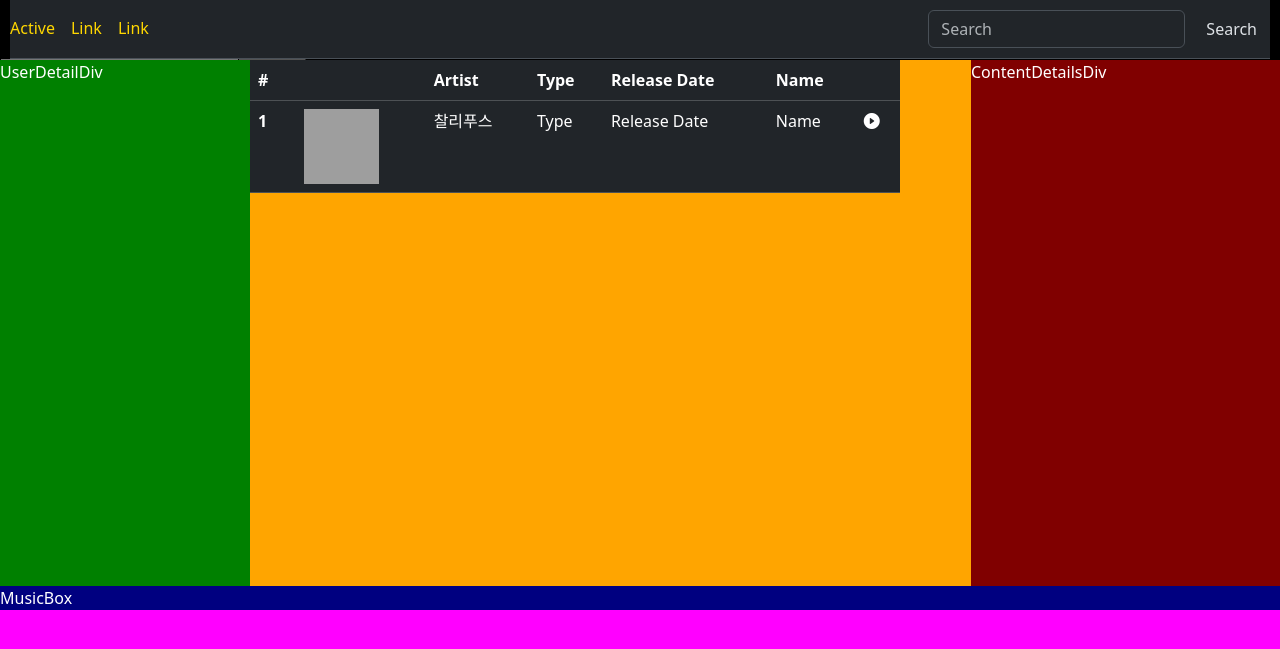
Repository: budflower44/My_Music_Life
Page: http://localhost/my_music_life/WEB-INF/views/mml/main.jsp
An editor plug-in stored every save of this project. The page is shown before and after the next save, followed by the edit.
The browser window is 1280 px wide. The pictures show the whole page.
Pictures or frames that could not be fetched are drawn as grey boxes. The page is served by Tomcat 9. Nobody is signed in. Other server files are loaded and not shown. The template is opened directly, without the code that normally fills it, so the values that code supplies are empty.

Above is the page before, as saved 2024-02-15 05:27:08.
Console error: TypeError: Cannot read properties of null (reading 'addEventListener')

### my_music_life/src/main/webapp/WEB-INF/views/mml/main.jsp
<%@ page language="java" contentType="text/html; charset=UTF-8"
    pageEncoding="UTF-8"%>
<!DOCTYPE html>
<html>
<head>
<meta charset="UTF-8">
<title>Insert title here</title>
</head>
<link rel="stylesheet" href="https://cdn.jsdelivr.net/npm/bootstrap-icons@1.10.5/font/bootstrap-icons.css">
<link href="https://cdn.jsdelivr.net/npm/bootstrap@5.3.1/dist/css/bootstrap.min.css" rel="stylesheet" integrity="sha384-4bw+/aepP/YC94hEpVNVgiZdgIC5+VKNBQNGCHeKRQN+PtmoHDEXuppvnDJzQIu9" crossorigin="anonymous">
<script src="https://cdn.jsdelivr.net/npm/@popperjs/core@2.11.8/dist/umd/popper.min.js" integrity="sha384-I7E8VVD/ismYTF4hNIPjVp/Zjvgyol6VFvRkX/vR+Vc4jQkC+hVqc2pM8ODewa9r" crossorigin="anonymous"></script>
<script src="https://cdn.jsdelivr.net/npm/bootstrap@5.3.1/dist/js/bootstrap.min.js" integrity="sha384-Rx+T1VzGupg4BHQYs2gCW9It+akI2MM/mndMCy36UVfodzcJcF0GGLxZIzObiEfa" crossorigin="anonymous"></script>
<style>
body{
	background-color : black;
	color: white;
	padding: 0;
	margin: 0;
}
.parentsDiv{
	height: 100vh;
	width: 100vw;
	display: flex;
	flex-direction: column;
}
.HeaderDiv{
	height: 60px;
}
.MidDiv{
	height: calc(100vh - 214px);
	min-height: calc(100vh - 194px);
	display:flex;
}
.FooterDiv{
	background-color: fuchsia;
	height: 154px;
	padding: 0;
	margin: 0;
	position:sticky;
	top: calc(100vh - 214px);
}
.SearchLineDiv{

}
.UserDetailDiv{
	background-color: green;
	width: 250px;
	min-width: 250px;
}
.ContentsDiv{
	background-color: orange;
	width: 100%;
	height:calc(100vw-550px);
	display: flex;
	justify-content: space-between;
	overflow: scroll;
}
.ContentDiv{
	background-color: lime;
	width: 70%;
	height: calc(100vw-550px);
	overflow: scroll;
	align-items: flex-start;
}
.ContentDetailsDiv{
	background-color: maroon;
	width: 30%;
	min-width: 300px;
	height: 100%
}
.MusicBox{
	background-color: navy;
	padding: 0;
	margin: 0;

}
.searchDiv{
	background-color: black;
	width: 650px;
	height: 75px;
}
.searchDiv img{
	margin-left: 10px;
}
.searchDiv span{
	text-align: center;
}
.playIcon {
	display: inline;
}

.navDiv{
	position:sticky;
	padding-left: 10px;
	padding-right: 10px;
}
.nav-link{
	color: gold;
}
.nav-link:hover {
	color: white;
}
.navbar{
	background-color: black;
}
</style>
<body>
<div class="parentsDiv">
	<div class="HeaderDiv">
		<div class="SearchLineDiv">
				<div class="navDiv">
					<nav class="navbar bg-dark border-bottom border-body" data-bs-theme="dark">
						<ul class="nav nav-underline justify-content-end">
							<li class="nav-item"><a class="nav-link" aria-current="page" href="#">Active</a></li>
							<li class="nav-item"><a class="nav-link" href="#">Link</a></li>
							<li class="nav-item"><a class="nav-link" href="#">Link</a></li>
						</ul>
						<form class="d-flex" role="search">
        					<input class="form-control me-2 " id="searchKeyword" type="search" placeholder="Search" aria-label="Search">
        					<button class="btn" type="button" id="searchBtn">Search</button>
      					</form>
					</nav>
				</div>
				<input type="text" id="searchKeyword"><button type="button" id="searchBtn">Search</button>
		</div>
	</div>
	<div class="MidDiv">
		<div class="UserDetailDiv">UserDetailDiv</div>
		<div class="ContentsDiv">
			<div class="contentDiv">
				<div class="searchDiv 1" id="MusicBox">
				<table class="table table-dark table-hover">
					<tr>
						<th>#<th>
						<th>Artist</th>
						<th>Type</th>
						<th>Release Date</th>
						<th>Name</th>
						<th></th>
					</tr>
					<tr>
						<th>1<th>
						<img alt="" src="https://i.scdn.co/image/ab67616d0000b273a3b39c1651a617bb09800fd8" style="height:75px; width:75px; display:inline;">
						<td>찰리푸스</td>
						<td>Type</td>
						<td>Release Date</td>
						<td>Name</td>
						<td><i class="bi bi-play-circle-fill"></i></th>
					</tr>
<!--
					<span>artistName : </span>
					<span>type</span>
					<span>release Date : </span>
					<span>name : </span>
					<div class="playIcon ">

					</div> -->
				</table>
				</div>
			</div>
			<div class="ContentDetailsDiv">ContentDetailsDiv</div>
		</div>
	</div>
	<div class="FooterDiv">
		<div class="MusicBox" >MusicBox</div>
	</div>
	<div></div>
</div>

<script src="/resources/js/spotifyAPI.js"></script>

</body>
</html>

Loaded but not shown: my_music_life/src/main/webapp/resources/js/spotifyAPI.js (910 lines, source omitted)

After the next save:
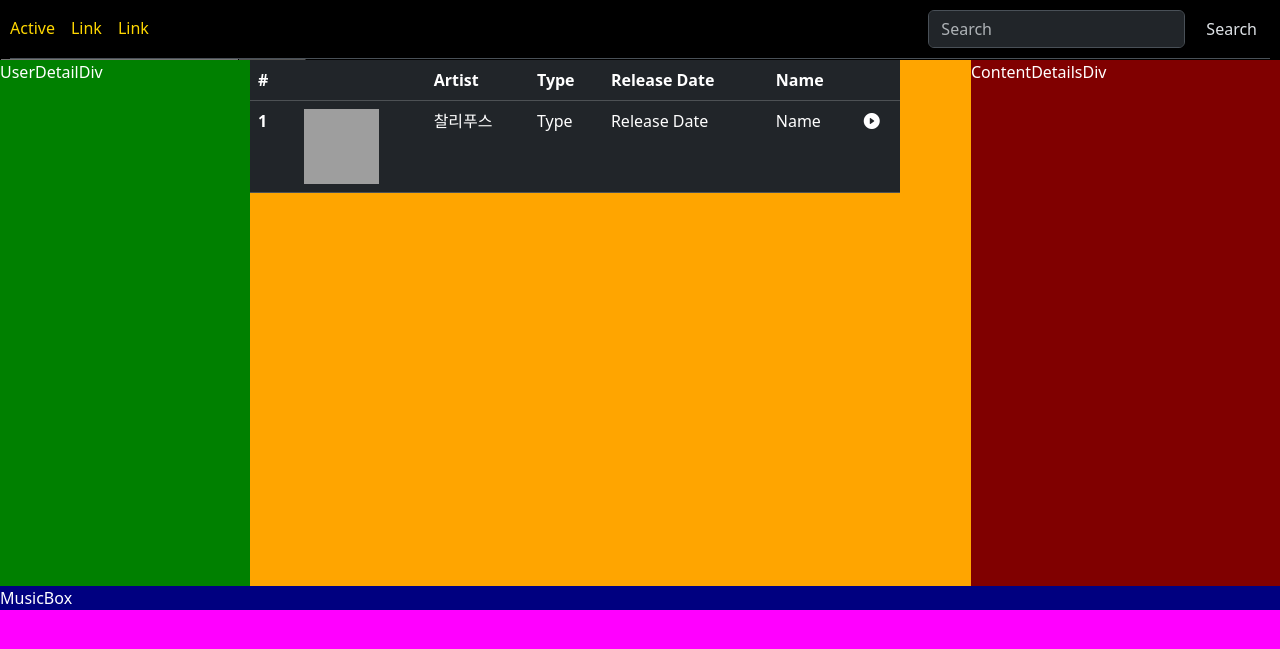
Saved 14 s later.
--- a/my_music_life/src/main/webapp/WEB-INF/views/mml/main.jsp
+++ b/my_music_life/src/main/webapp/WEB-INF/views/mml/main.jsp
@@ -109,7 +109,7 @@ body{
 	<div class="HeaderDiv">
 		<div class="SearchLineDiv">
 				<div class="navDiv">
-					<nav class="navbar bg-dark border-bottom border-body" data-bs-theme="dark">
+					<nav class="navbar border-bottom border-body" data-bs-theme="dark">
 						<ul class="nav nav-underline justify-content-end">
 							<li class="nav-item"><a class="nav-link" aria-current="page" href="#">Active</a></li>
 							<li class="nav-item"><a class="nav-link" href="#">Link</a></li>
